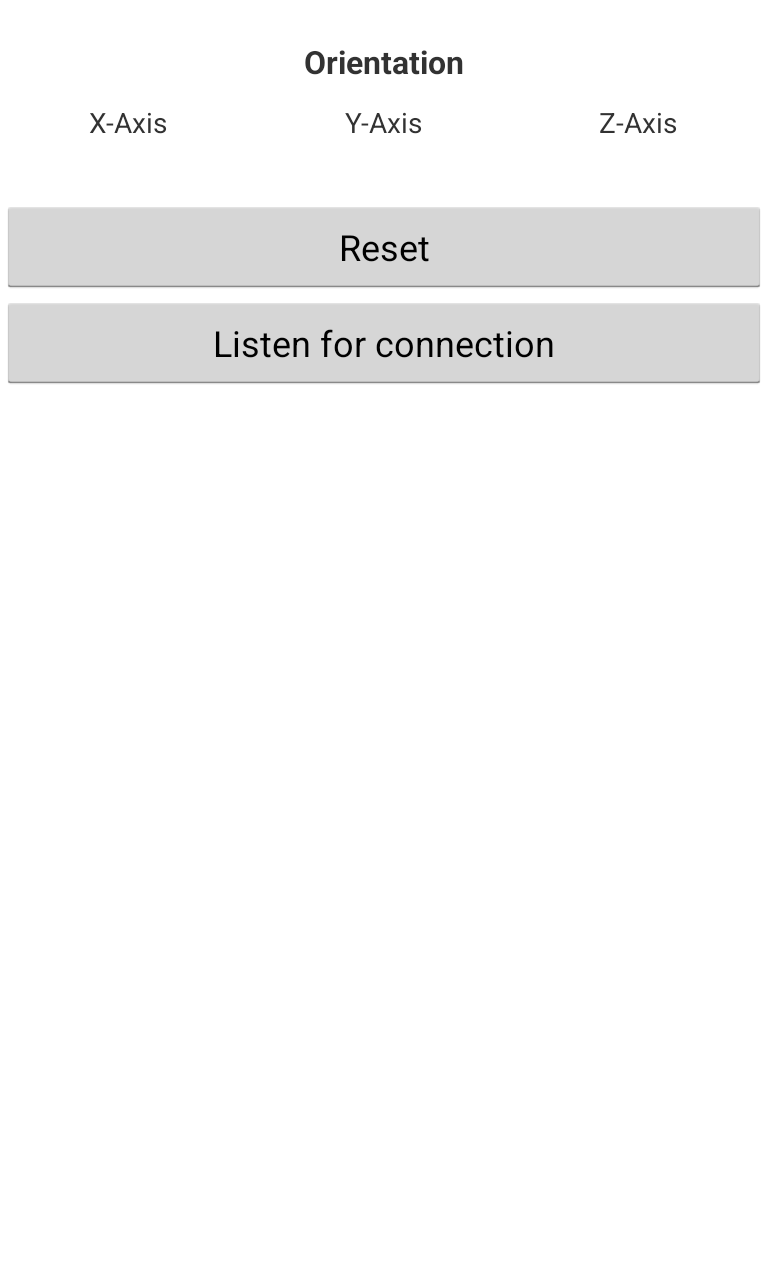
Repository: 3lim/DroidAhoy
Layout: AhoyApp - Send Float/res/layout/main.xml
The author's editor kept a copy of each file at every save. The layout is drawn from the files as they stood at one save, then again after the next save.
It is drawn on a 768 x 1280 px phone screen (xhdpi) without system bars, with theme AppTheme; the app's code is not run. Lists and similar views that code fills are empty.

Above is the layout before, as saved 2013-11-21 16:49:15.

After the next save:
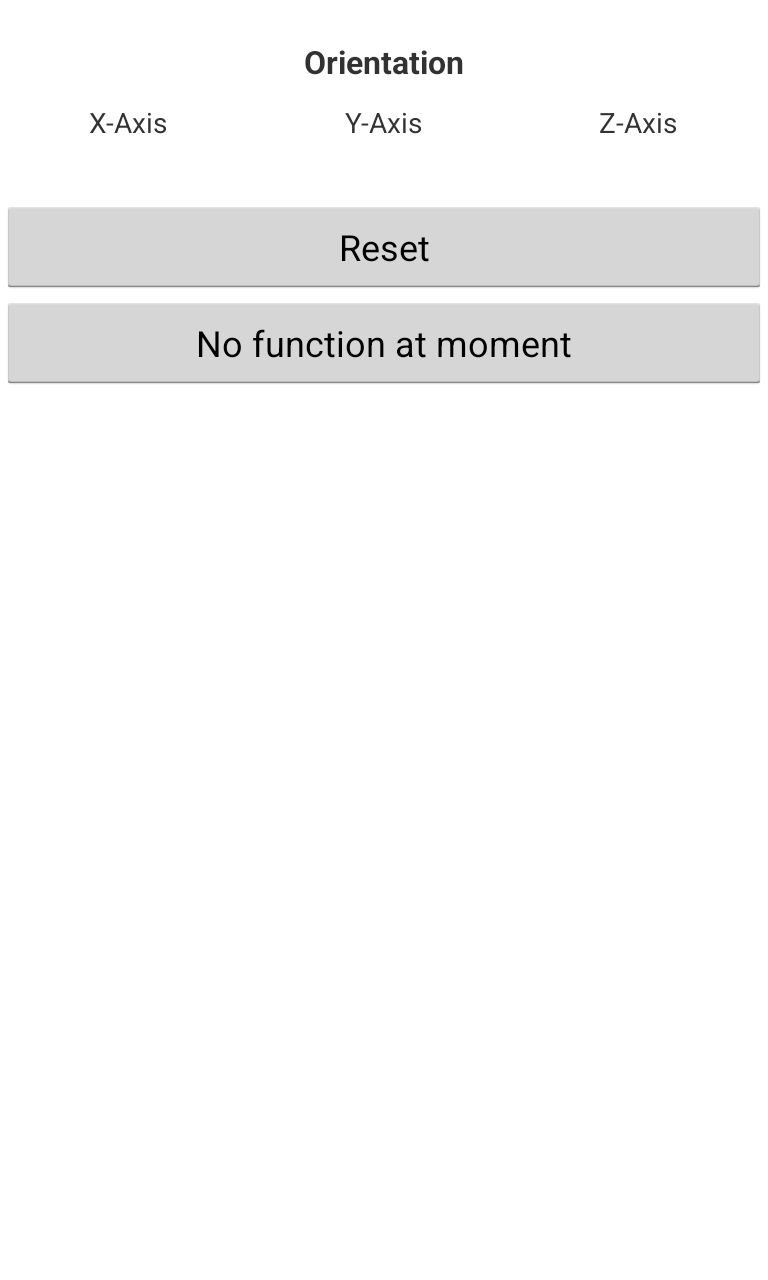
Saved 12 s later.
--- a/AhoyApp - Send Float/res/layout/main.xml
+++ b/AhoyApp - Send Float/res/layout/main.xml
@@ -140,7 +140,7 @@ android:layout_above="@id/send_message"
 
 <Button
 android:id="@+id/button_listen"
-android:text="Listen for connection"
+android:text="No function at moment"
 android:layout_width="fill_parent"
 android:layout_height="wrap_content"
 android:layout_above="@id/button_listen"
